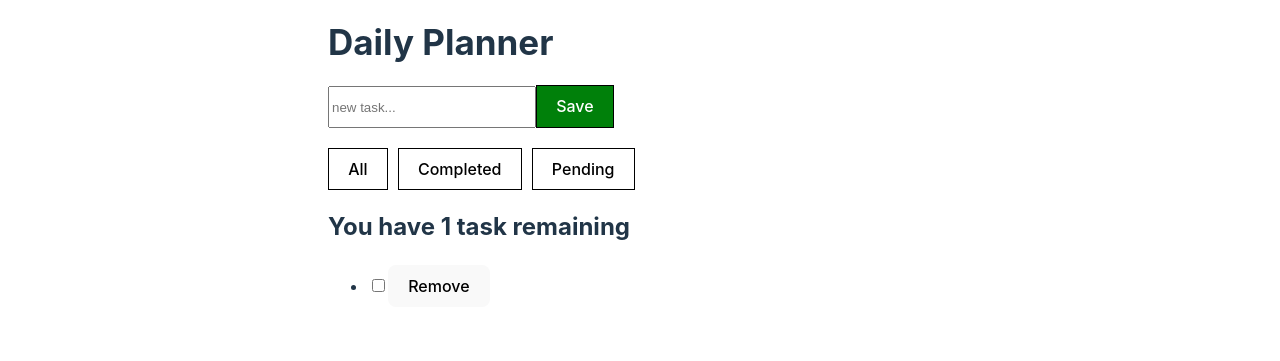
Repository: leslie179/lab4
Page: / (app in lab4/), after clicking the first element matching `button.save`
An editor plug-in stored every save of this project. The page is shown before and after the next save, followed by the edit.
The browser window is 1280 px wide. The pictures show the whole page.
The project was rebuilt for these pictures with package versions that can differ from the ones it lists, and the page was loaded fresh each time. Also part of the build but not shown: lab4/vite.config.js.

Above is the page before, as saved 2024-10-27 18:53:35.

### lab4/src/App.jsx
import { useState } from 'react'
import './App.css'

import Task from './components/Task'
import TaskForm from './components/TaskForm'

function App() {
  const [tasks, setTasks] = useState([])
  const [filter, setFilter] = useState("All")

  const remainingTasks = tasks.filter(task => !task.completed).length;

  return (
    <div>
      <h1>Daily Planner</h1>
      <TaskForm setTasks={setTasks} />

      <button className="filter-button" onClick={() => setFilter("All")}>All</button>
      <button className="filter-button" onClick={() => setFilter("Completed")}>Completed</button>
      <button className="filter-button" onClick={() => setFilter("Pending")}>Pending</button>

      <h2>You have {remainingTasks} task{remainingTasks !== 1 ? 's' : ''} remaining</h2>

      <ul>
        {tasks && tasks.filter((task) => {
          if (filter === "All") {
            return true;
          } else if (filter === "Completed") {
            return task.completed;
          } else if (filter === "Pending") {
            return !task.completed;
          }
          return true;
        }).map((task, i) => {
          return <Task className="task-font" key={i} task={task} setTasks={setTasks} index={i} />
        })}
      </ul>
    </div>
  )
}

export default App;

### lab4/src/App.css
#root {
  max-width: 1280px;
  text-align: left;
  padding-left: 20rem;
}

h1{
  font-size: 35px;
}

.filter-button{
  border: 1px solid black;
  background-color: white;
  margin-right: 10px;
  margin-top: 20px;
  border-radius: 0px;
}

.save{
  background-color: #00800a;
  border-radius: 0px;
  border: 1px solid black;
  padding-top:2mm;
  height:43px;
  color: white;

}

.
.task-item{
  padding-top: 30px;
}

.task-font{
  font-weight: bold;
  font-size: 20px;
}

.h2{
  font-weight: bold;
  font-size: 30px;
}
.input{
width:200px;
height:36px;
}

.read-the-docs {
  color: #888;
}

### lab4/src/components/Task.jsx
function Task({ task, setTasks, index, className }) {

    const remove = () => {
        setTasks((currentTasks) => {
            const tmpTasks = [...currentTasks] // (deep copy)
            tmpTasks.splice(index, 1) // remove 1 value at this index (key == index)
            return tmpTasks
        })
    }

    const toggleCompleted = (e) => {
        setTasks((currentTasks) => {
            const tmpTasks = [...currentTasks] // (deep copy)
            console.log("tmpTasks", tmpTasks)
            console.log("key", index)
            console.log("e.target.checked", e.target.checked)
            tmpTasks[index].completed = e.target.checked
            return tmpTasks
        })
    }

    return (
      <li className="task-item">
        <input className="task-checkbox" type="checkbox" onChange={(e) => toggleCompleted(e)} />
        <span className={className}>{task.task}</span>
        <button className="task-button" onClick={() => remove()}>Remove</button>
      </li>
    )
}

export default Task;

### lab4/src/components/TaskForm.jsx
import { useState } from "react"

function TaskForm({ setTasks }) {
    const [currentTask, setCurrentTask] = useState()
    const save = () => {
        setTasks((currentTasks) => { // trick to get current state
            // im just naming it tmp for temporary
            const tmpTasks = [...currentTasks] // deep copy (tmpTasks is just a copy of currentTasks cause you cant just copy an array)
            tmpTasks.push({ task: currentTask, completed: false })
            return tmpTasks
        })
        setCurrentTask("")
    }
    // the onChange is a function that runs everytime the input text changes
    // everytime the input text changes update the state with the value of the text input
    return <div>
        <input className="input" type="text" onChange={(e) => setCurrentTask(e.target.value)} placeholder="new task..."/>
        <button className="save" onClick={() => save()}>Save</button>
    </div>
}

export default TaskForm

Loaded but not shown: lab4/index.html (common file); lab4/src/main.jsx (common file); lab4/src/index.css (common file)

After the next save:
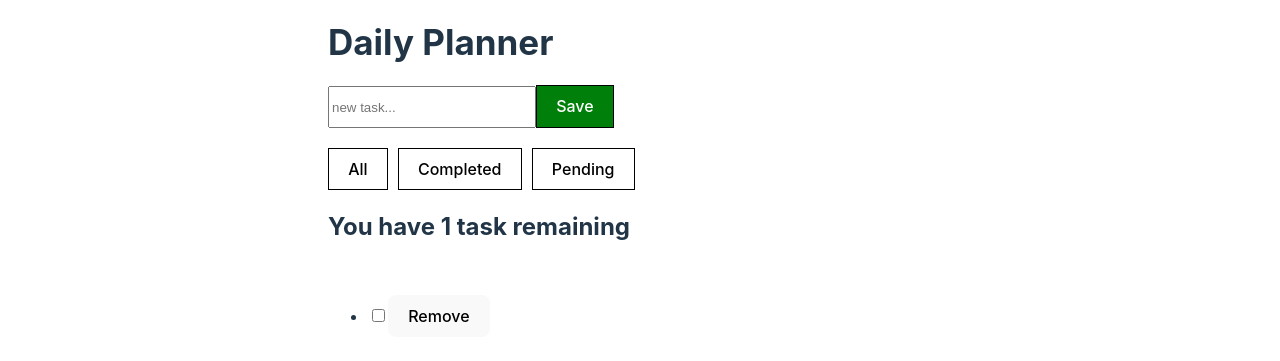
Saved 7 s later.
--- a/lab4/src/App.css
+++ b/lab4/src/App.css
@@ -26,7 +26,9 @@ h1{
 
 }
 
-.
+.task-checkbox{
+  margin
+}
 .task-item{
   padding-top: 30px;
 }
